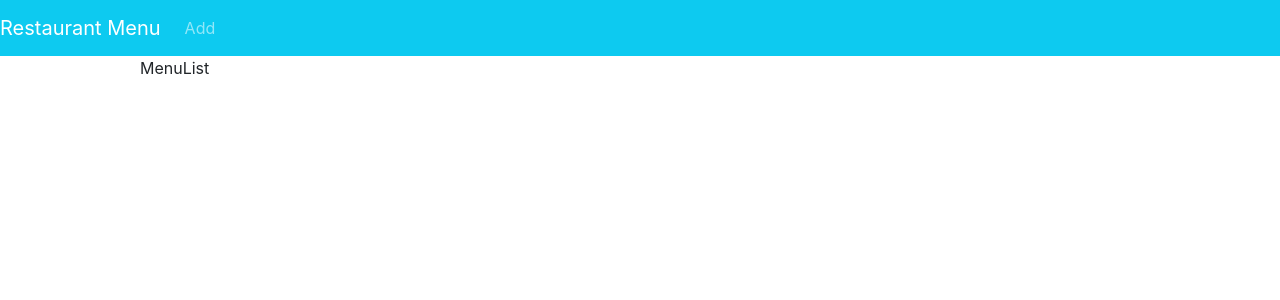
Repository: ShindanoSingi/restaurant-menu-front
Page: /
These files come from the project's save history. The page is drawn as it stood at one moment and after the next save; the edit follows.
The browser window is 1280 px wide. The pictures show the whole page.
The project was rebuilt for these pictures with package versions that can differ from the ones it lists, and the page was loaded fresh each time. Also part of the build but not shown: src/App.css, src/components/AddMenu.js, src/components/UpdateMenu.js.

Above is the page before, as saved 2023-01-07 23:27:54.

After the next save:
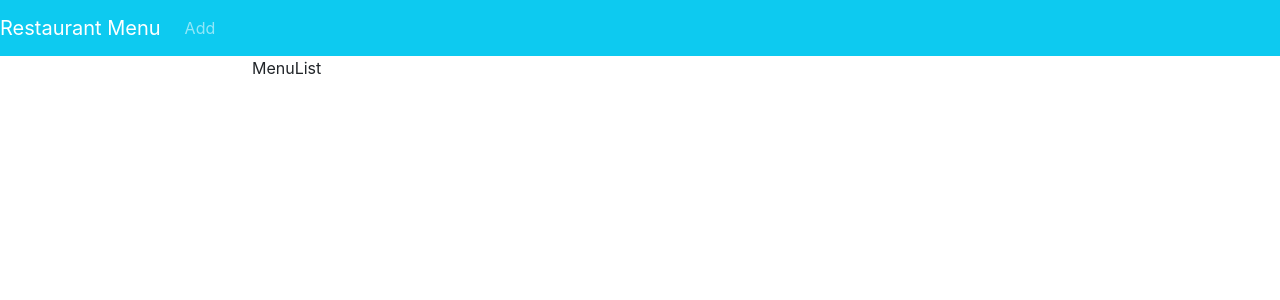
Saved 84 s later.
--- a/src/App.js
+++ b/src/App.js
@@ -19,7 +19,7 @@ function App() {
                     </li>
                 </div>
             </nav>
-            <div>
+            <div className="container m-10">
                 <Routes>
                     <Route path='/' element={<MenuList />} />
                     <Route path='menus' element={<MenuList />} />
